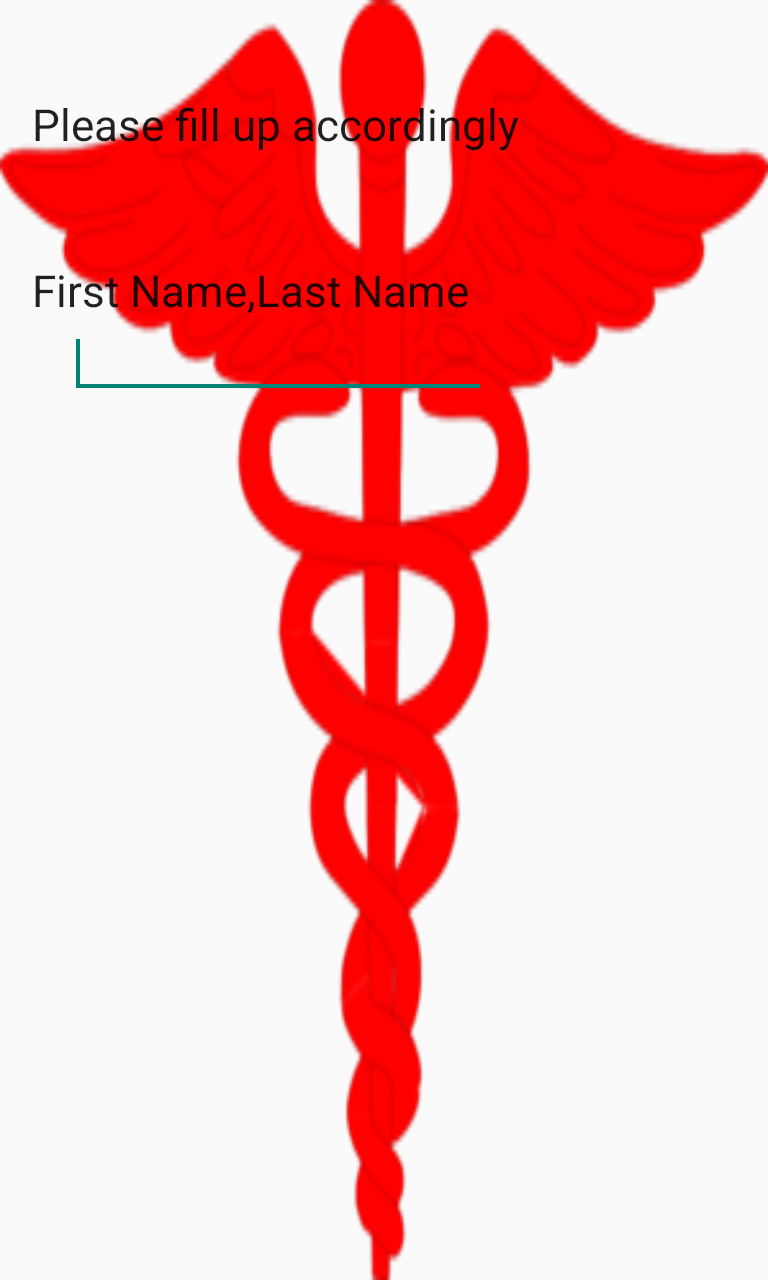
Repository: nave29/sem_1
Layout: VERSION_0.0/sem1_gica/res/layout/activity_appointmentfillupform.xml
The author's editor kept a copy of each file at every save. The layout is drawn from the files as they stood at one save, then again after the next save.
It is drawn on a 768 x 1280 px phone screen (xhdpi) without system bars, with theme AppTheme; the app's code is not run.

Above is the layout before, as saved 2014-09-08 10:55:26.

After the next save:
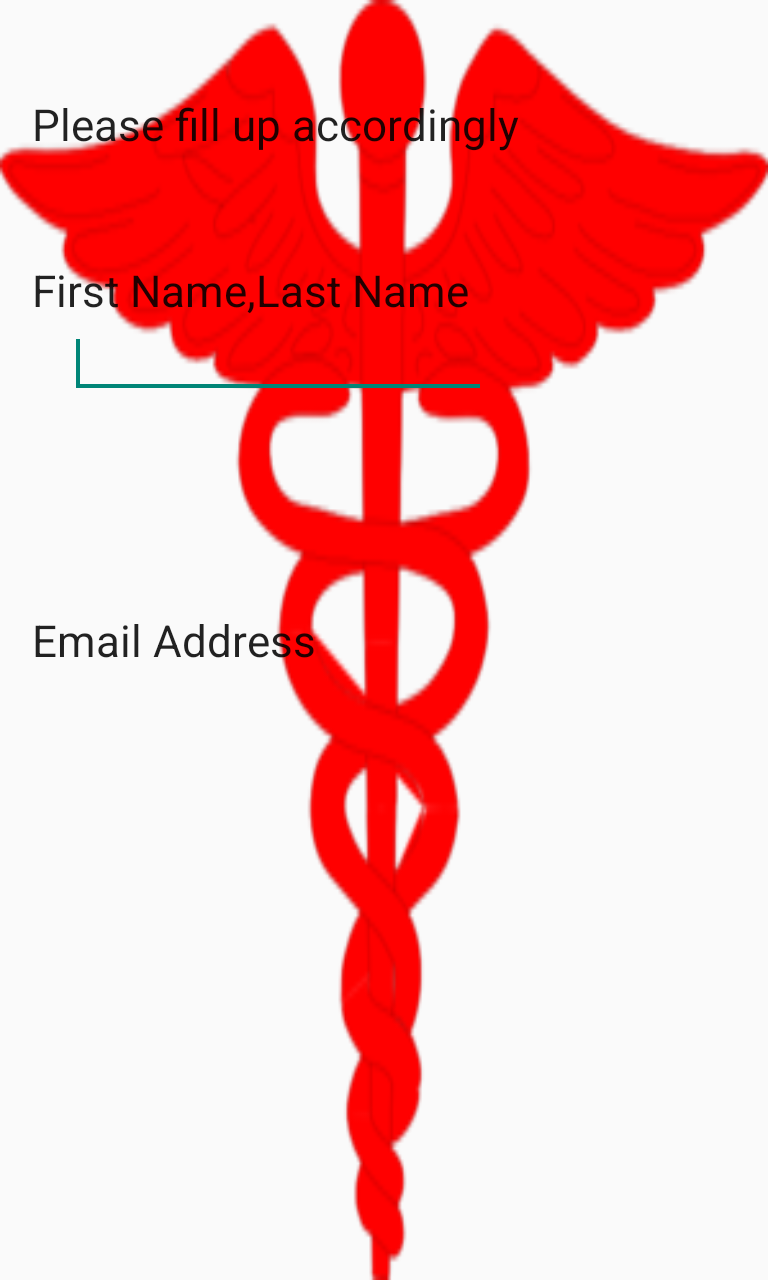
Saved 20 s later.
--- a/VERSION_0.0/sem1_gica/res/layout/activity_appointmentfillupform.xml
+++ b/VERSION_0.0/sem1_gica/res/layout/activity_appointmentfillupform.xml
@@ -42,4 +42,13 @@
         android:text="Please fill up accordingly"
         android:textAppearance="?android:attr/textAppearanceLarge" />
 
+    <TextView
+        android:id="@+id/textView3"
+        android:layout_width="wrap_content"
+        android:layout_height="wrap_content"
+        android:layout_alignLeft="@+id/textView1"
+        android:layout_centerVertical="true"
+        android:text="Email Address"
+        android:textAppearance="?android:attr/textAppearanceLarge" />
+
 </RelativeLayout>
